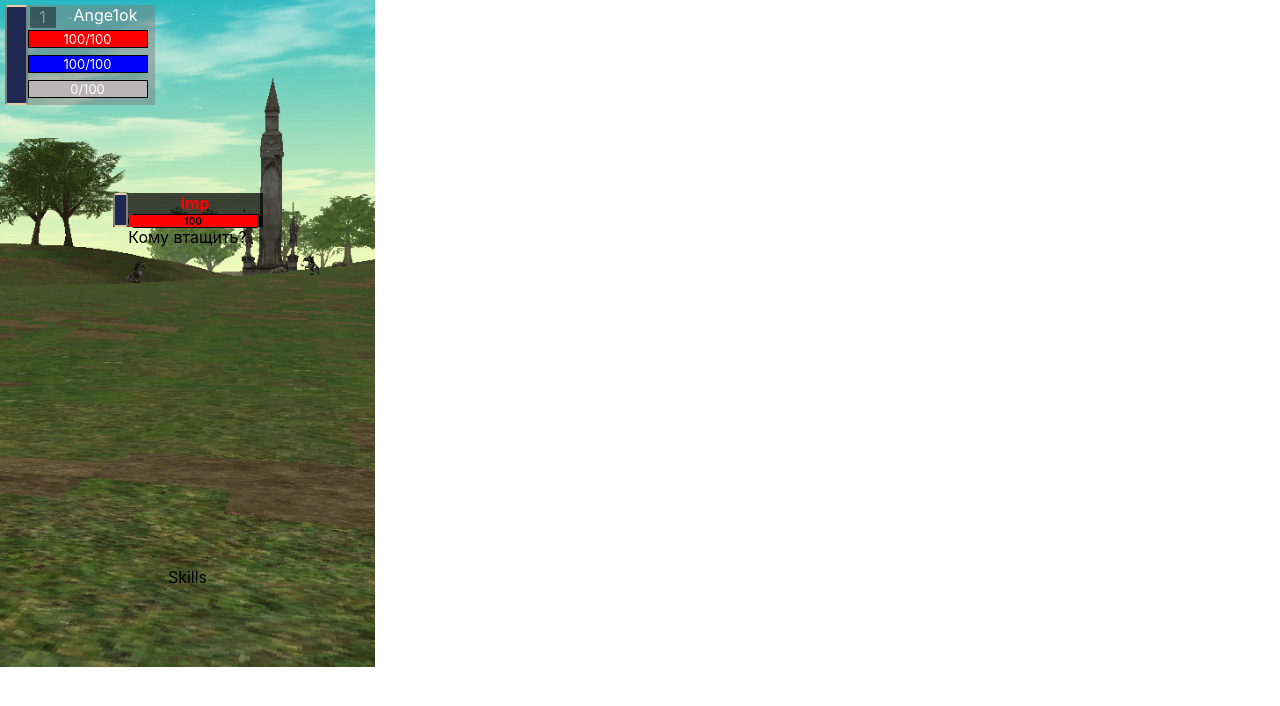
Repository: VYarem4yk/lineage-clicker
Page: /#/GamePage
The author's editor kept a copy of each file at every save. The page is drawn from the files as they stood at one save, then again after a run of saves.
The browser window is 1280 px wide. The pictures show the whole page.
The project was rebuilt for these pictures with package versions that can differ from the ones it lists, and the page was loaded fresh each time. Also part of the build but not shown: src/components/LoginPage/Login.css, src/components/LoginPage/LoginPage.jsx.

Above is the page before, as saved 2020-06-26 23:19:57.

After the next 3 saves:
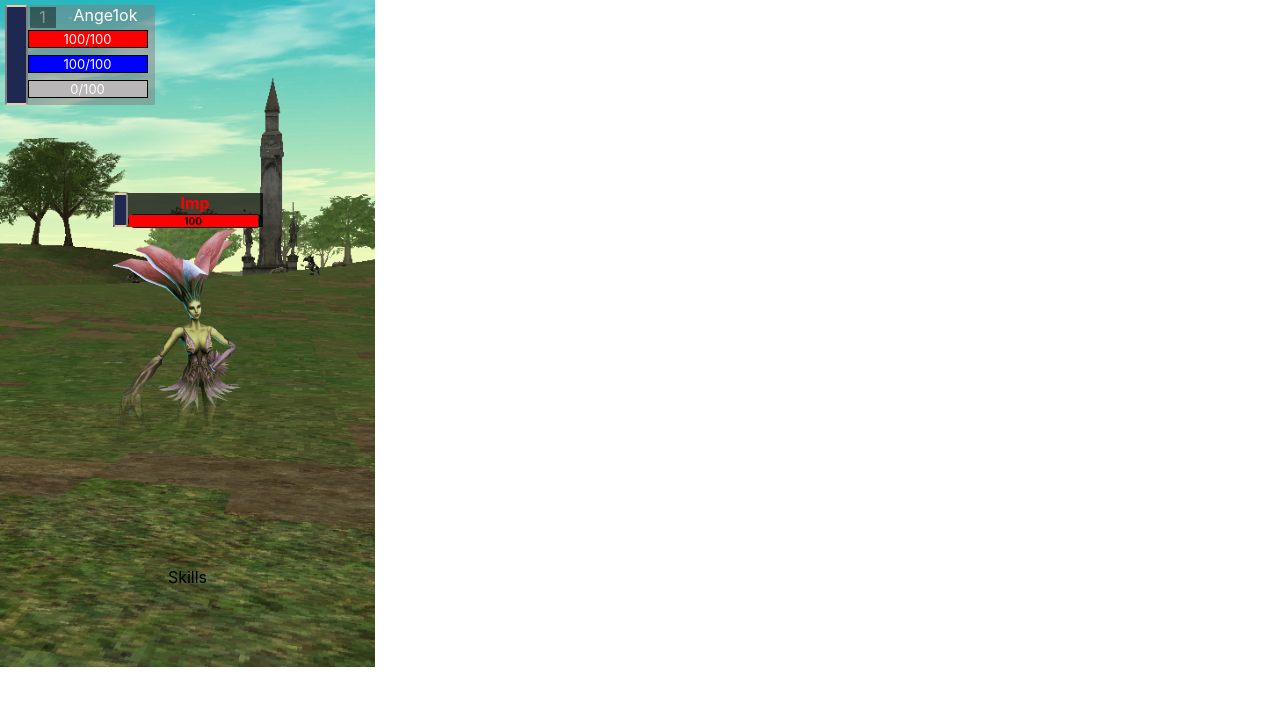
The 3 saves are shown as one change because they came seconds apart.
The last was saved 47 s later.
--- a/src/components/GamePageContainer/Monster/Monster.jsx
+++ b/src/components/GamePageContainer/Monster/Monster.jsx
@@ -25,11 +25,7 @@ const Monster = (props) => {
         </div>
       </div>
 
-      {props.monster.isMonsterDead ? (
-        <div className="monsterSkin">Кому втащить?</div>
-      ) : (
-        <img src={monster} className="monsterSkin" onClick={atackMonster}></img>
-      )}
+      <img src={monster} className="monsterSkin" onClick={atackMonster}></img>
     </div>
   );
 };
